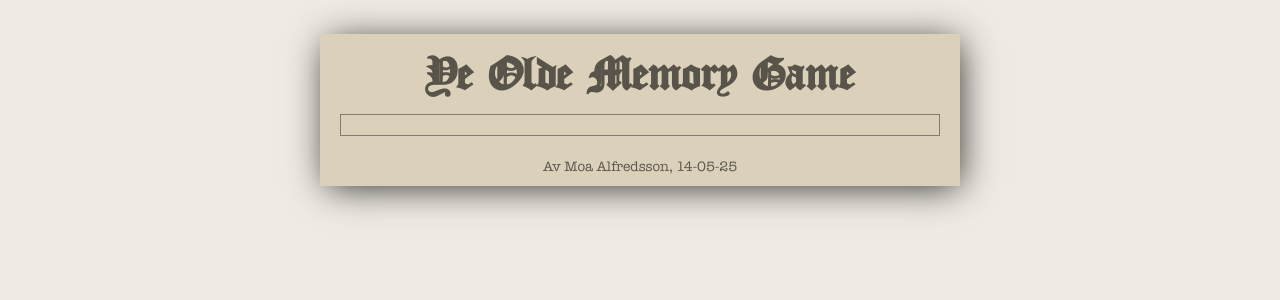
Repository: ma223md/1dv403-laborationer
Page: 3-gameon/memory/index.html
The author's editor kept a record of every edit. The page is drawn from the files as they stood at one moment, then again after the next edit.
The browser window is 1280 px wide. The pictures show the whole page.

Above is the page before.
Console error: TypeError: link.appendchild is not a function

After the next edit:
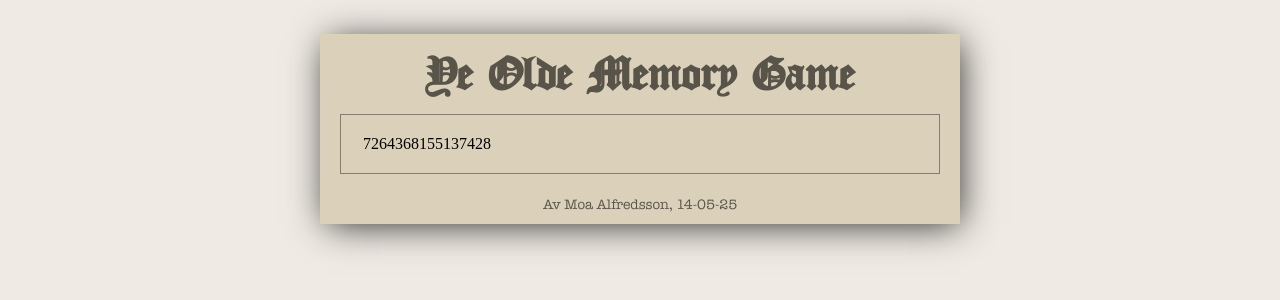
The error is gone.
The edit:
--- a/3-gameon/memory/js/memory.js
+++ b/3-gameon/memory/js/memory.js
@@ -30,7 +30,8 @@
             link.setAttribute("class", "memorybrick");
 
             div.appendChild(link);
-            link.appendchild(arrayTest);
+            link.appendChild(image);
+            link.innerHTML = Memory.memoryBricks[i];
             // onclick funtion goes here
             //call function for creating brick
             //newBrick(i);
